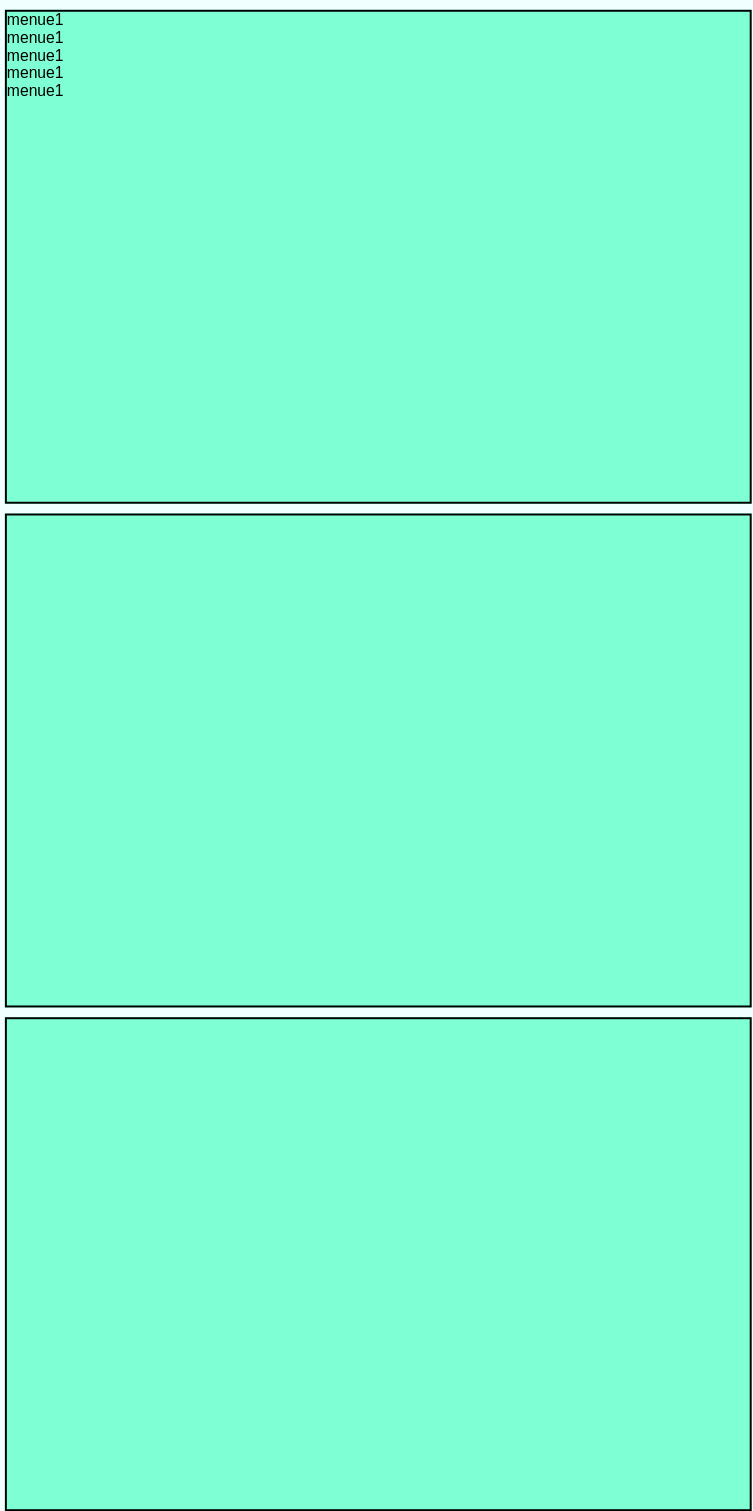
Repository: clairedupuich/cv-claireDUPUICH
Page: cv.html
The author's editor kept a copy of each file at every save. The page is drawn from the files as they stood at one save, then again after the next save.
The browser window is 768 px wide. The pictures show the whole page, at 98% of full size.

Above is the page before, as saved 2020-10-08 12:28:55.

### cv.html
<!DOCTYPE html>
<html lang="fr" dir="ltr">
  <head>
    <meta charset="utf-8">
    <title>Exercice</title>
    <link rel="stylesheet" href="cv.css">
  </head>
  <body>
    <section class="header">
        <div class="logo">
        </div>
        <div class="nav">
            <ul>
                <li>menue1</li>
                <li>menue1</li>
                <li>menue1</li>
                <li>menue1</li>
                <li>menue1</li>
            </ul>
        </div>
    </section>
      <section class="section 1">
          <div class="article1_1">
          </div>
          <div class="article1_2">
          </div>
      </section>
      <section class="section2">
        <div class="article2_1">
        </div>
        <div class="article2_2">
        </div>
        <div class="article2_3">
        </div>
        <div class="article2_4">
        </div>
      </section>
      <footer>
          <div class='footer1'>
          </div>
        <div class="footer2">
        </div>
        <div class="footer3">
        </div>
    </footer>
  </body>
</html>

### cv.css

@media screen and (max-width: 768px)
{
    * {
        font-family: Avenir, sans-serif;
        padding: 0;
        margin: 0;
    }

    body {
        background-color: azure;
        margin: 0 5px;
    }
    section {
        margin-top: 10px;
        padding: 5px auto;
        width: 100%;
        height: 500px;
        background-color: aquamarine;
        border: 2px solid black;

    }



}

After the next save:
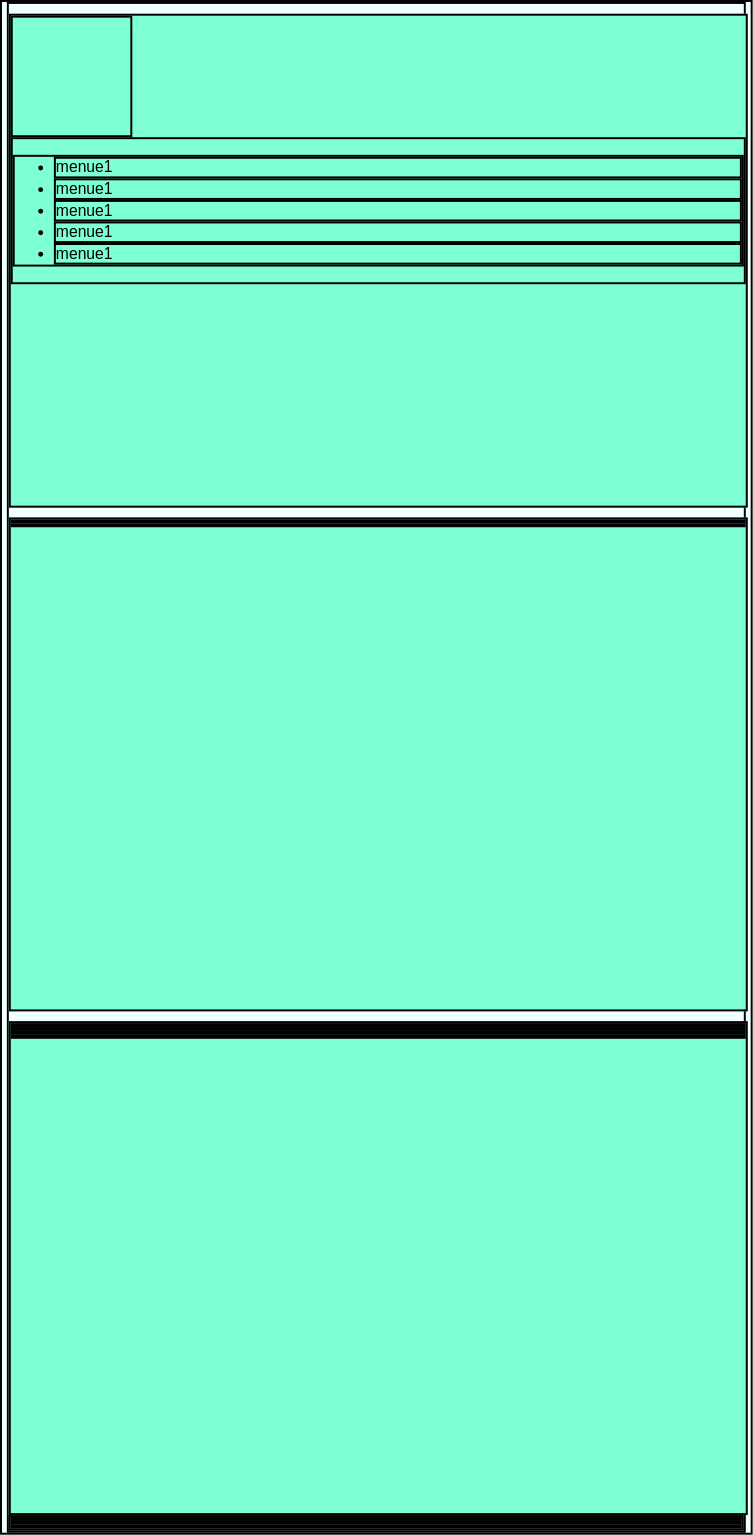
Saved 3 min 12 s later.
--- a/cv.css
+++ b/cv.css
@@ -3,8 +3,8 @@
 {
     * {
         font-family: Avenir, sans-serif;
-        padding: 0;
-        margin: 0;
+        border: 2px solid black;
+
     }
 
     body {
@@ -21,6 +21,10 @@
 
     }
 
-
+    .logo {
+        width:120px;
+        height: 120px;
+        boder
+    }
 
 }
